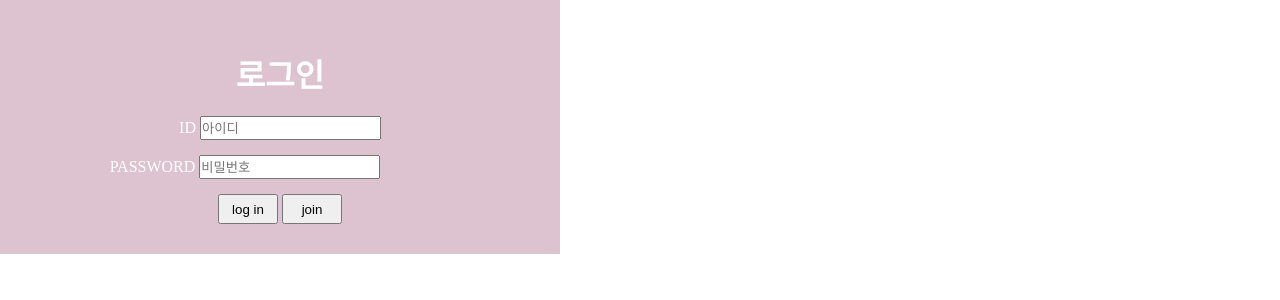
Repository: kayoyo/jsp
Page: http://localhost/BoardWeb_4/login
The author's editor kept a copy of each file at every save. The page is drawn from the files as they stood at one save, then again after the next save.
The browser window is 1280 px wide. The pictures show the whole page.
The page is served by Tomcat 9.

Above is the page before, as saved 2020-08-27 04:22:11.

After the next save:
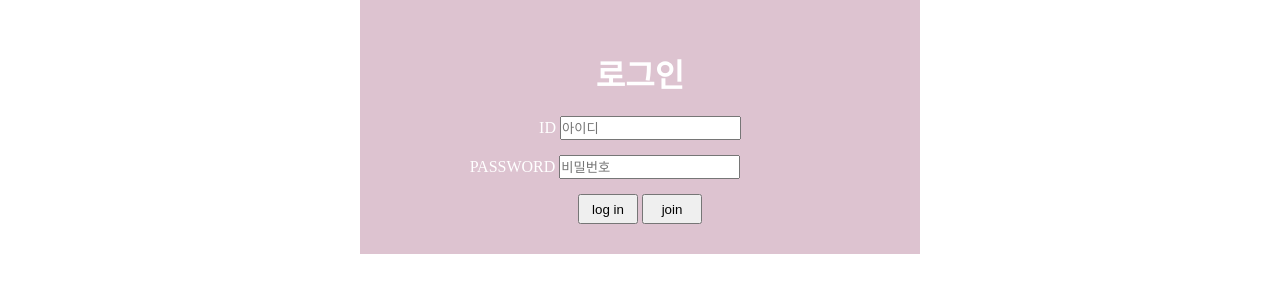
Saved 2 min 31 s later.
--- a/BoardWeb_4/WebContent/WEB-INF/jsp/user/login.jsp
+++ b/BoardWeb_4/WebContent/WEB-INF/jsp/user/login.jsp
@@ -8,7 +8,8 @@
 * { margin:0; padding: 0; }
  a {text-decoration:none; color: black;}
  .err {color: red;}
- #container {width: 500px; background-color: #ddc3d0; margin: 0; padding:30px; text-align:center;}
+ #container {width: 500px; background-color: #ddc3d0;
+ 			margin: 0 auto; padding:30px; text-align:center;}
  h1 {margin: 20px; color: white;}
  .pw {margin-right: 70px;}
  .pw, .id {color: white; margin-bottom: 15px;}
